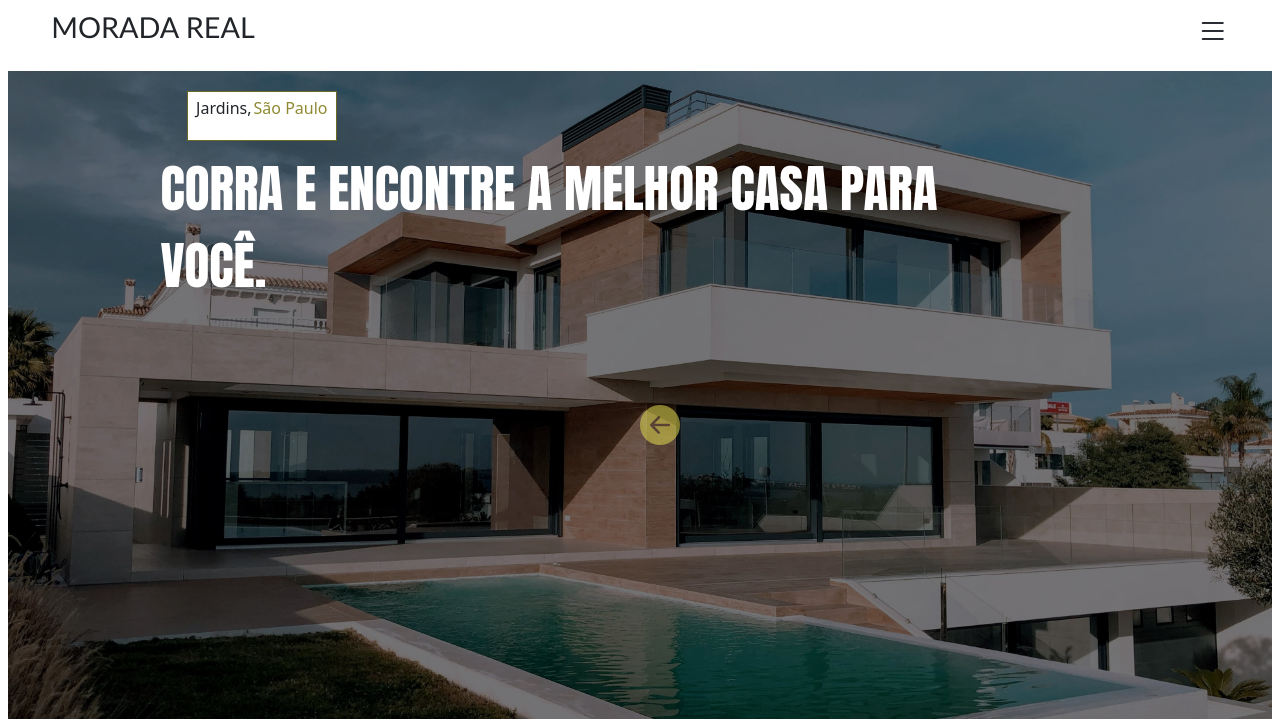
Repository: Mattyns/moradareal
Page: index.html
These files come from the project's save history. The page is drawn as it stood at one moment and after the next save; the edit follows.
The browser window is 1280 px wide. The pictures show the whole page.

Above is the page before, as saved 2025-07-11 18:39:53.

After the next save:
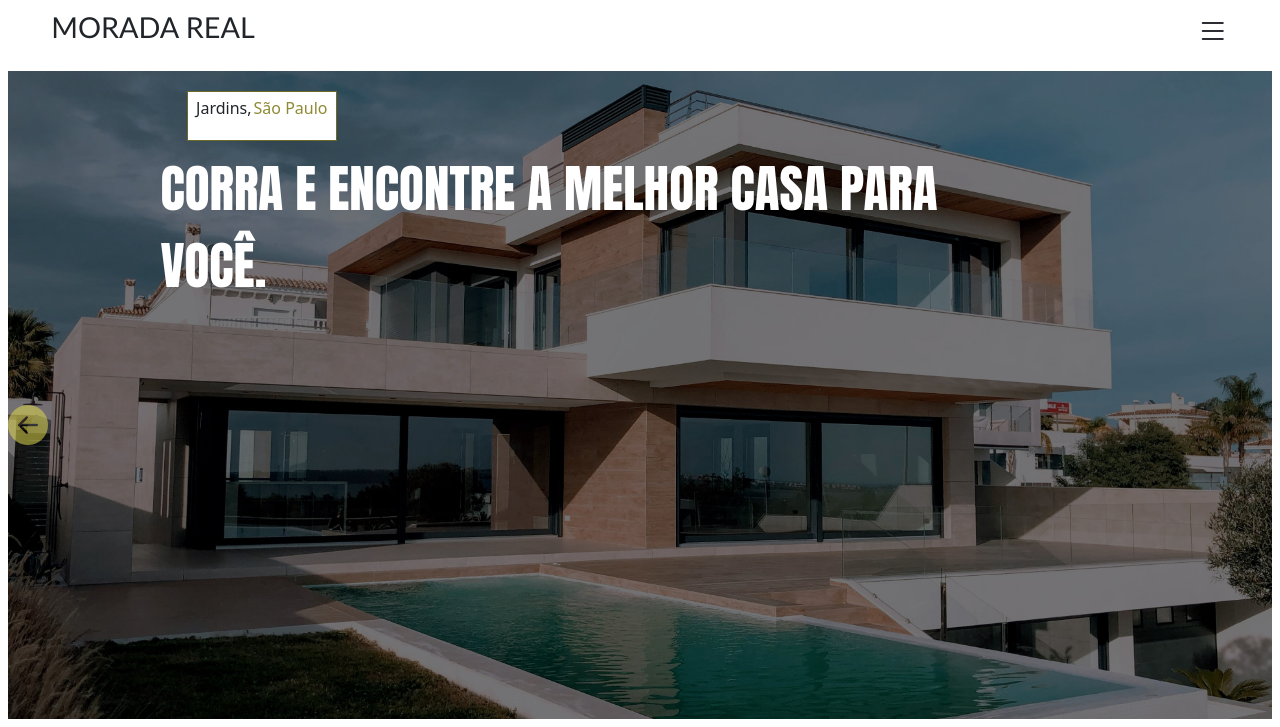
Saved 12 s later.
--- a/style/style.css
+++ b/style/style.css
@@ -128,6 +128,6 @@
 }
 
 #img__button--left {
-    left: 50%;
+    left: 0%;
     top: 50%;
 }
